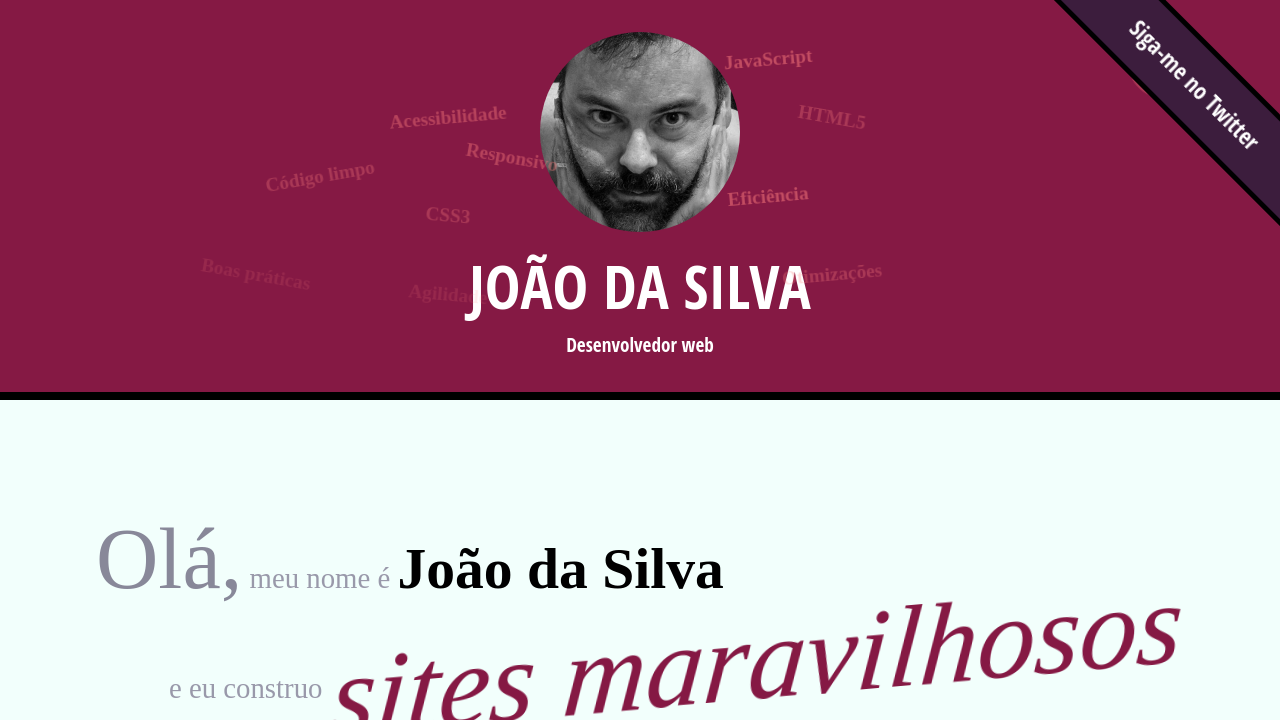
Repository: MichelMiola/html5Css3Avancado
Page: projeto/index.html
These files come from the project's save history. The page is drawn as it stood at one moment and after the next save; the edit follows.
The browser window is 1280 px wide. The pictures show the whole page.
An inner scrolling area shows only its first screen. Some web fonts or font styles are not loaded; a fallback is used.

Above is the page before, as saved 2015-03-25 16:32:14.

After the next save:
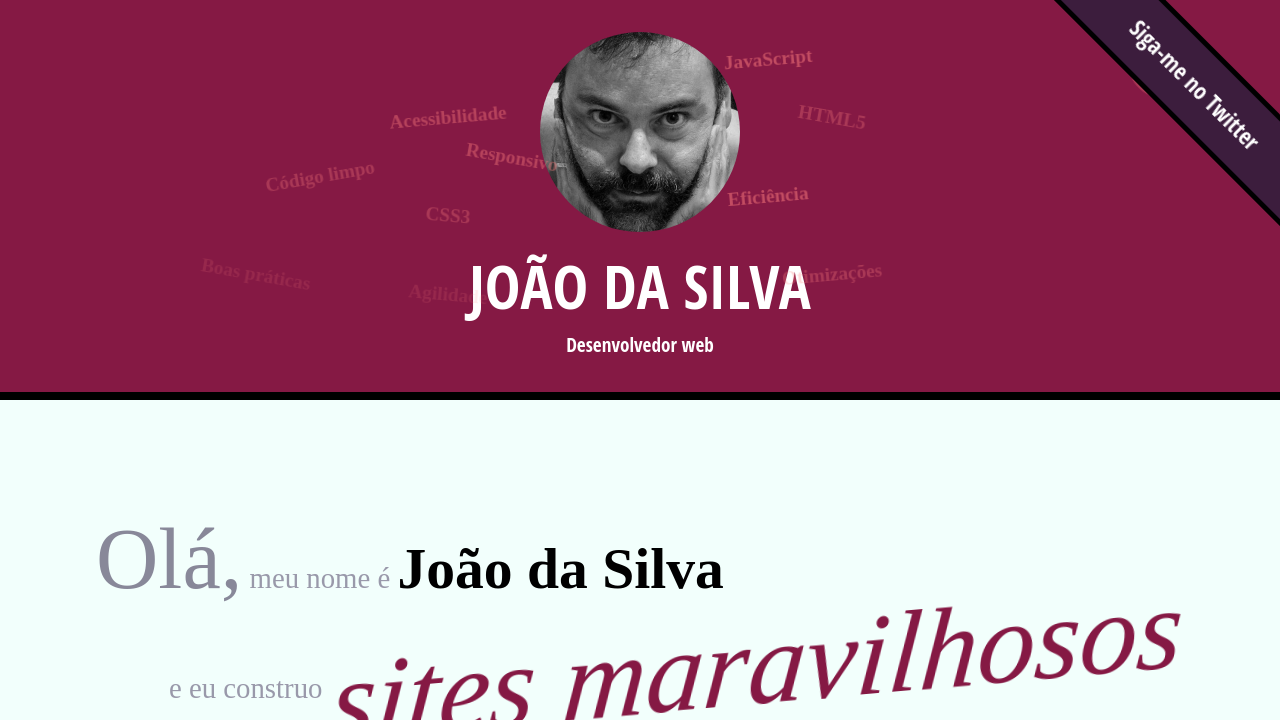
Saved 18 s later.
--- a/projeto/css/index.css
+++ b/projeto/css/index.css
@@ -32,6 +32,15 @@
   	position: relative;
 }
 
+@-webkit-keyframes flutua {
+  from {
+    top: -5px;
+  }
+  to {
+    top: 5px;
+  }
+}
+
 .botao-index {
     font-size: 1.25em;
     background-color: #851944;
